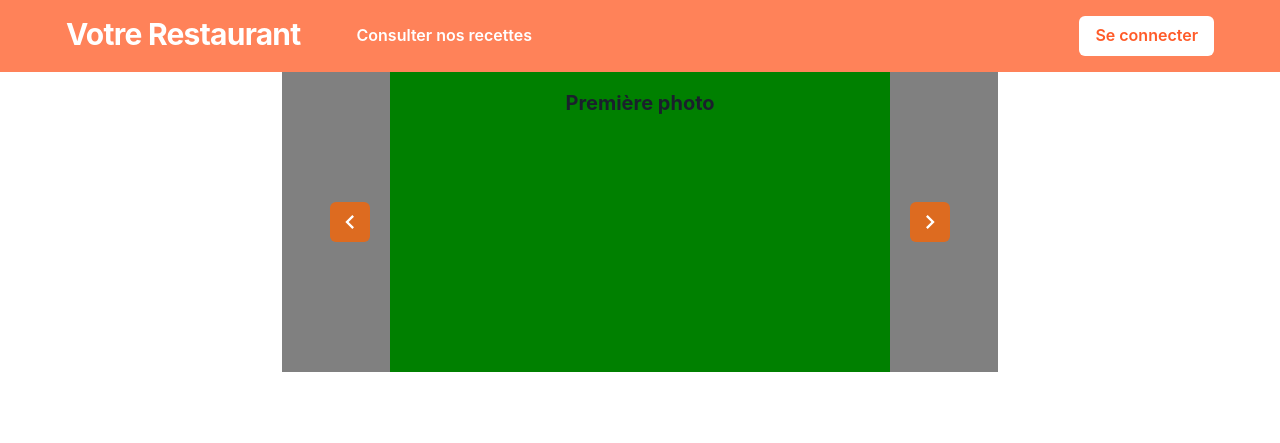
Repository: Ecaron76/tp-restau-next
Page: /
An editor plug-in stored every save of this project. The page is shown before and after the next save, followed by the edit.
The browser window is 1280 px wide. The pictures show the whole page.
The project was rebuilt for these pictures with package versions that can differ from the ones it lists, and the page was loaded fresh each time. The framework's server and built-in components were replaced by stand-ins that run in the browser. Also part of the build but not shown: next.config.mjs.

Above is the page before, as saved 2024-02-25 18:59:26.

After the next save:
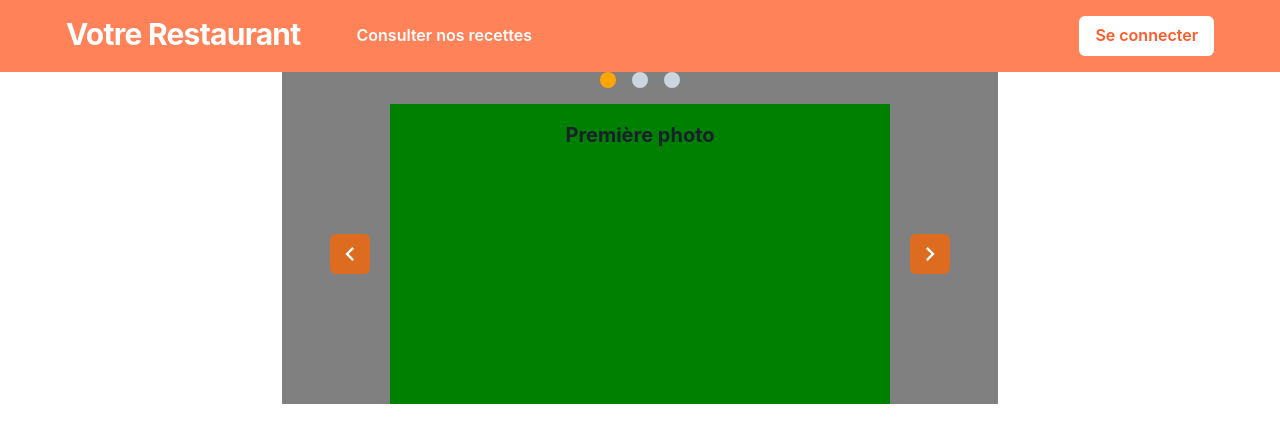
Saved 4 min 1 s later.
--- a/src/components/SliderResto/SliderResto.tsx
+++ b/src/components/SliderResto/SliderResto.tsx
@@ -1,5 +1,5 @@
 import { ChevronLeftIcon, ChevronRightIcon } from "@chakra-ui/icons";
-import { Box, Button, IconButton, Text } from "@chakra-ui/react";
+import { Box, Button, HStack, IconButton, Text } from "@chakra-ui/react";
 import { useState } from "react";
 
 export default function SliderResto() {
@@ -18,7 +18,19 @@ export default function SliderResto() {
         setCurrentSlide((prevSlide: number) => (prevSlide - 1 + slides.length) % slides.length);
       };
   return (
-    <Box display={'flex'} justifyContent={'center'} alignItems={'center'} gap={5}>
+    <Box position="relative" textAlign="center">
+      <HStack justifyContent="center" mb={4}>
+        {slides.map((_, index) => (
+          <Box
+            key={index}
+            boxSize={4}
+            bg={index === currentSlide ? 'orange' : 'gray.300'}
+            borderRadius="full"
+            mx={1}
+          />
+        ))}
+      </HStack>
+      <Box display={'flex'} justifyContent={'center'} alignItems={'center'} gap={5}>
         <IconButton
           onClick={goToPrevSlide}
           icon={<ChevronLeftIcon boxSize={7} />}
@@ -26,22 +38,22 @@ export default function SliderResto() {
           size="md"
           aria-label="Précédent"
         />
-    <Box position="relative" textAlign="center" p={4} bg={'green'} width={'500px'} height={300}>
-      <Text fontSize="xl" fontWeight="bold" mb={2}>
-        {slides[currentSlide].title}
-      </Text>
-      <Box position="absolute" bottom="0" left="50%" transform="translateX(-50%)">
-
-
-      </Box>
-    </Box>
-    <IconButton
+        <Box position="relative" textAlign="center" p={4} bg={'green'} width={'500px'} height={300}>
+          <Text fontSize="xl" fontWeight="bold" mb={2}>
+            {slides[currentSlide].title}
+          </Text>
+          <Box position="absolute" bottom="0" left="50%" transform="translateX(-50%)">
+            <Text fontSize="md">{slides[currentSlide].description}</Text>
+          </Box>
+        </Box>
+        <IconButton
           onClick={goToNextSlide}
-          icon={<ChevronRightIcon boxSize={7}/>}
+          icon={<ChevronRightIcon boxSize={7} />}
           colorScheme="orange"
           size="md"
           aria-label="Suivant"
         />
+      </Box>
     </Box>
   );
 }
